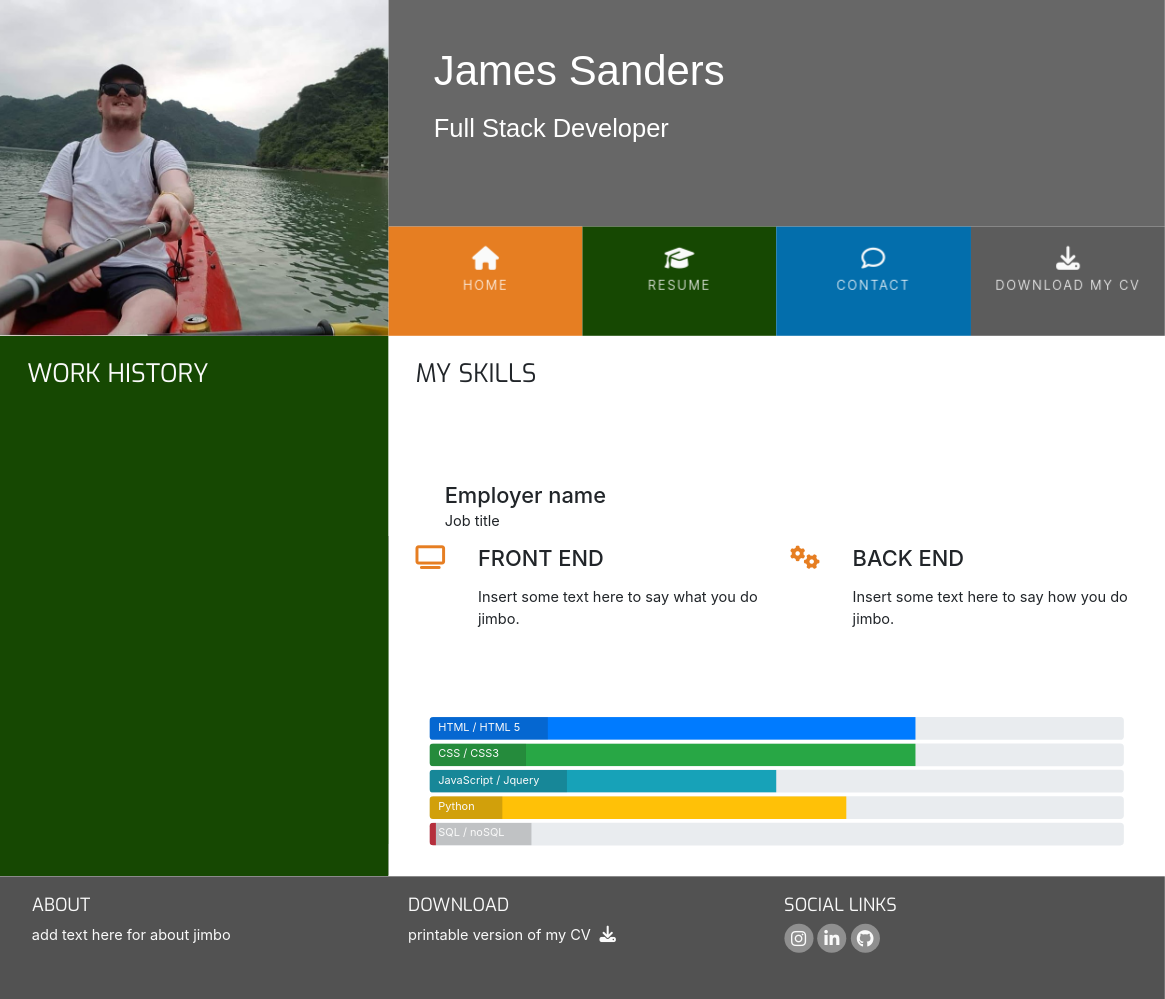
Repository: JaySanders95/my-online-resume
Page: resume.html
The author's editor kept a copy of each file at every save. The page is drawn from the files as they stood at one save, then again after the next save.
The browser window is 1280 px wide. The pictures show the whole page, at 91% of full size.
Some web fonts or font styles are not loaded; a fallback is used. Some web libraries are served in a nearby version.

Above is the page before, as saved 2023-04-19 22:19:33.

After the next save:
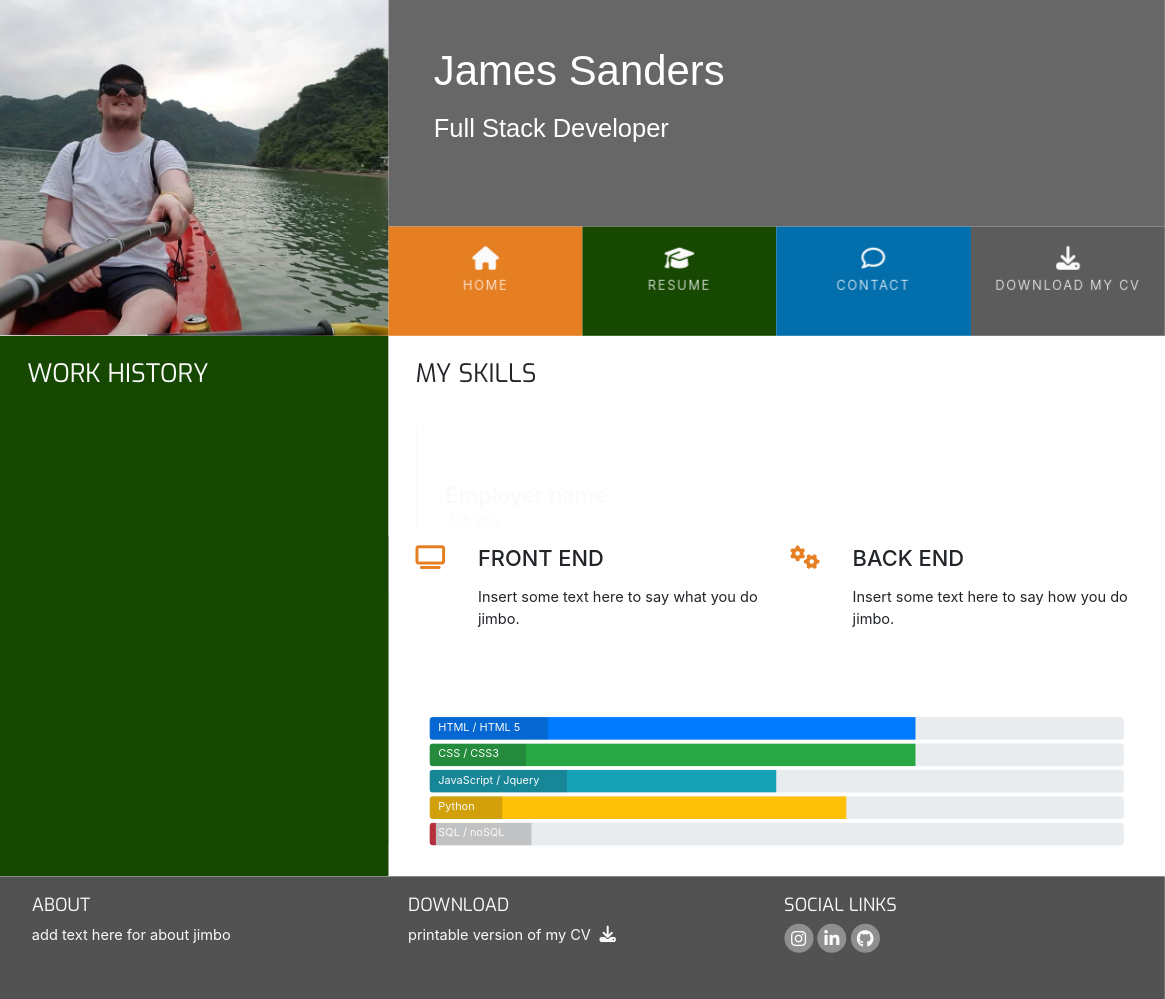
Saved 26 s later.
--- a/assets/css/style.css
+++ b/assets/css/style.css
@@ -299,4 +299,7 @@ footer {
 
 .timeline-item {
     padding: 4em 2em 0em 2em;
-}
+    position: relative;
+    color: #fafafa;
+    border-left: 1px solid;
+}
